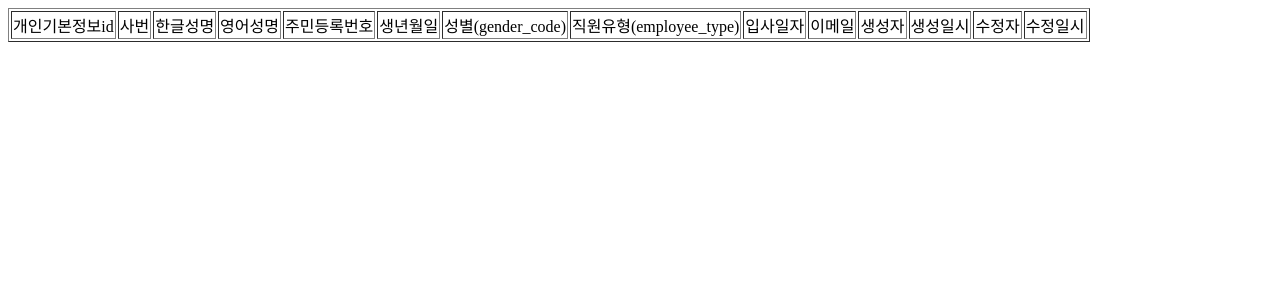
Repository: ktj4732/test
Page: http://localhost/dwl/home.jsp
An editor plug-in stored every save of this project. The page is shown before and after the next save, followed by the edit.
The browser window is 1280 px wide. The pictures show the whole page.
The page is served by Tomcat 9. Queries for data that is not in the repository find no rows.

Above is the page before, as saved 2020-11-19 07:58:50.

### dwl/WebContent/home.jsp
<%@ page language="java" contentType="text/html; charset=UTF-8"
    pageEncoding="UTF-8"%>
<%@ page import="java.sql.*"%>


      <table width = "" border = "1">
      <tr>
            <td>개인기본정보id</td>
			<td>사번</td>
			<td>한글성명</td>
			<td>영어성명</td>
			<td>주민등록번호</td>
			<td>생년월일</td>
			<td>성별(gender_code)</td>
			<td>직원유형(employee_type)</td>
			<td>입사일자</td>
			<td>이메일</td>
			<td>생성자</td>
			<td>생성일시</td>
			<td>수정자</td>
			<td>수정일시</td>

      </tr>

<%
    //내 db 접속에 사용할 conn 변수
    Connection conn = null;

	//SQL구문을 실행
	Statement stmt = null;

	//SQL구문의 실행결과를 저장
	ResultSet rs = null;

    //오라클 드라이버 경로 설정
    String driver = "oracle.jdbc.driver.OracleDriver";
    //내 db의 계정 경로 설정
    String url = "jdbc:oracle:thin:@vis122.built1.com:1521:VIS1229";
    //접속 성공,실패 여부 사용시 쓰는 변수
    //Boolean connect = false;



    //db 접속 코드는 반드시 try~catch문 안에 써줘야함
    try {
        //오라클 드라이버 접속
        Class.forName(driver);
        //데이터베이스 커넥션 생성 - 내 db 접속
        conn = DriverManager.getConnection(url, "cbo1", "cbo1");
        //접속성공시 true 설정
        //connect = true;
        System.out.println("연결시작");


        String query = "select * from cbo_person_master";

       	//Statement 생성
        stmt = conn.createStatement();

        //쿼리를 통해 얻은 데이터를 resultset에 넣어준다.
        rs = stmt.executeQuery(query);


        //결과셋에 담긴 데이터들 출력
        while (rs.next()) {
%>
			<tr>
	        	<td><%=rs.getString("cbo_person_master_id")%>		</td>
	        	<td><%=rs.getString("employee_number")%>			</td>
	        	<td><%=rs.getString("korean_name")%>				</td>
	        	<td><%=rs.getString("english_name")%>				</td>
	        	<td><%=rs.getString("registration_number")%>		</td>
	        	<td><%=rs.getString("birthday").substring(0,10)%>	</td>
	        	<td><%=rs.getString("gender_code")%>				</td>
	        	<td><%=rs.getString("employee_type")%>				</td>
	        	<td><%=rs.getString("hiredate").substring(0,10)%>	</td>
	        	<td><%=rs.getString("email")%>						</td>
	        	<td><%=rs.getString("creation_by")%>				</td>
	        	<td><%=rs.getString("creation_date")%>				</td>
	        	<td><%=rs.getString("last_update_by")%>				</td>
	        	<td><%=rs.getString("last_update_date")%>			</td>
	       	</tr>
       	</table>
<%
        }

        //사용한 statement 종료
        stmt.close();

      	//사용한 resultset 종료
        rs.close();

        //접속 끊기, 끊는 이유 : 항상 db가 연결되어 있으면 접속 오류 및 데이터 충돌이 일어나기 때문
        conn.close();

        System.out.println("연결종료");
    } catch (Exception e) {
        //접속 실패시 false 잡고 예외처리해줌
        //connect = false;
        e.printStackTrace();
    }


%>

After the next save:
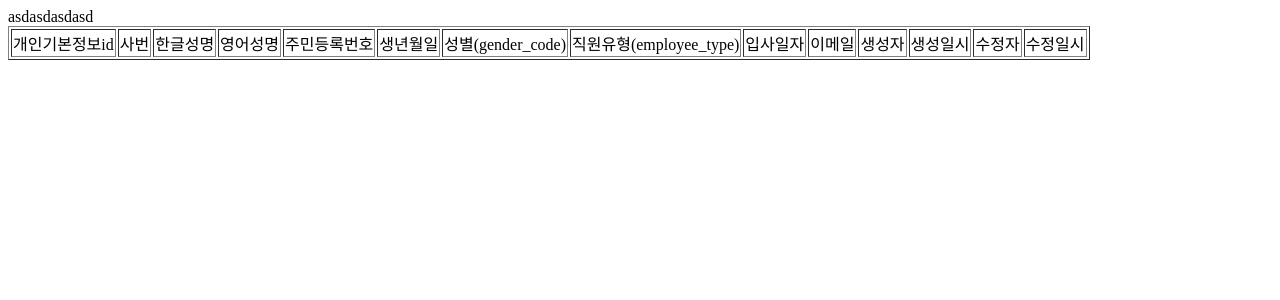
Saved 113 s later.
--- a/dwl/WebContent/home.jsp
+++ b/dwl/WebContent/home.jsp
@@ -19,6 +19,7 @@
 			<td>생성일시</td>
 			<td>수정자</td>
 			<td>수정일시</td>
+asdasdasdasd
 
       </tr>
 
@@ -81,6 +82,7 @@
 	        	<td><%=rs.getString("last_update_date")%>			</td>
 	       	</tr>
        	</table>
+	adddddddddddddddddddddddddd
 <%
         }
 
